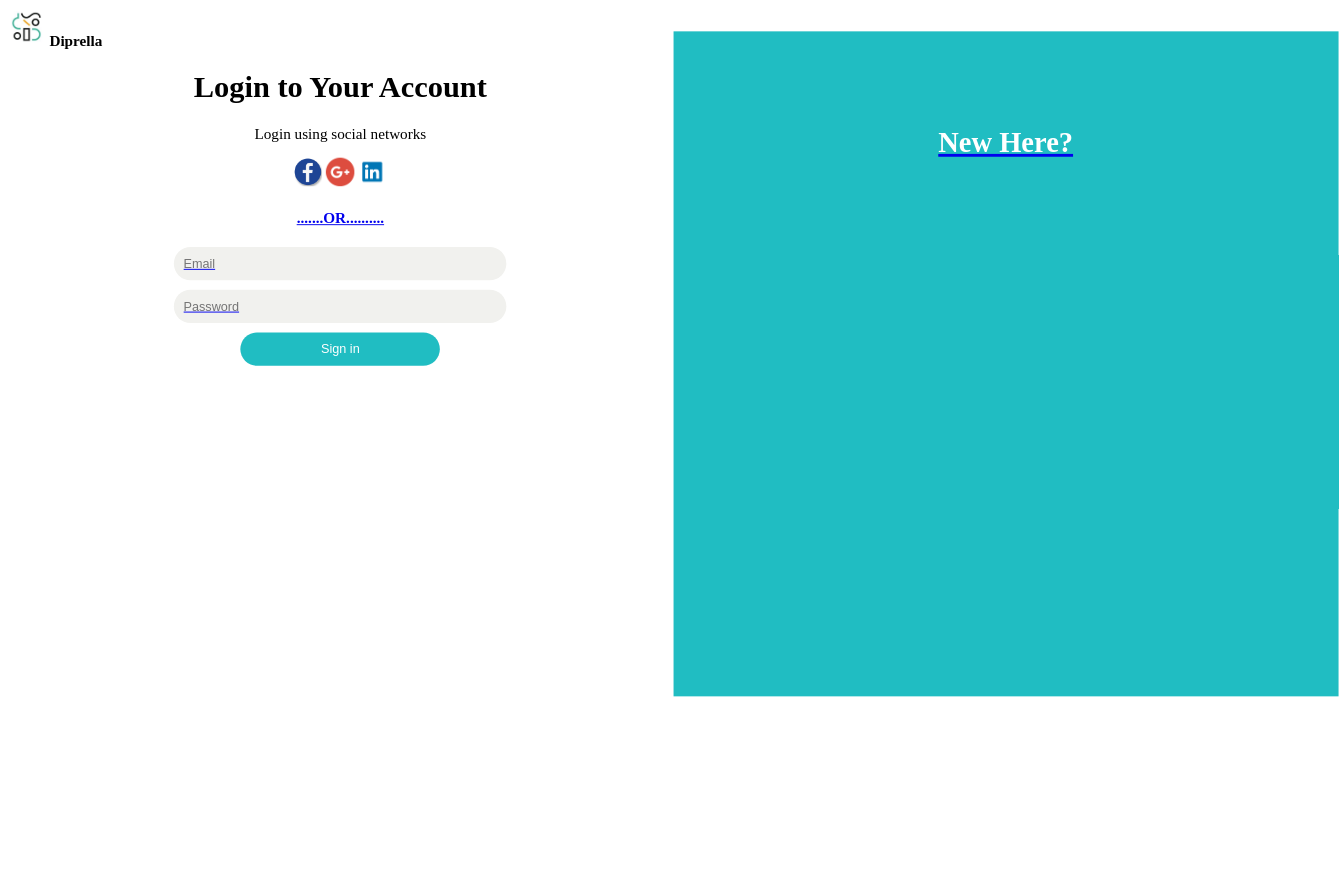
Repository: Tobby004/bdc-assignment-3
Page: task.html
An editor plug-in stored every save of this project. The page is shown before and after the next save, followed by the edit.
The browser window is 1280 px wide. The page is 1409 px wide, so the pictures cover 1409 px, including what lies to the right of the window. The pictures show the whole page, at 95% of full size.

Above is the page before, as saved 2023-02-22 01:54:45.

### task.html
<!DOCTYPE html>
<html lang="en_us">
<head>
    <meta charset="UTF-8">
    <meta http-equiv="X-UA-Compatible" content="IE=edge">
    <meta name="viewport" content="width=device-width, initial-scale=1.0">
    <title>Document</title>
    <link rel="stylesheet" href="task.css">
</head>
<body>
    <div class="box-container">
        <div class="box1">
        <header id="logo"><img src="diprella.JPG"height="40px">
        <b>Diprella</b></header>
        <h1>Login to Your Account</h1>
        <p>Login using social networks</p>
        <div class="logo">
        <a href="#"><img src="facebook.png"</a>
        <a href="#"><img src="googe plus.png"</a>
        <a href="#"><img src="linkedin.png"</a>
        </div>
        <h4>.......OR..........</h4>
        <div class="form-input">
        <input type="text" placeholder="Email">
       <center></center> <input type="Password" placeholder="Password">
        <center><button>Sign in</button></center>
        </div>
        </div>
        <div class="box2">
        <h2>New Here?</h2>
        </div>
    </div>
</body>
</html>

### task.css
* {
    box-sizing: border-box;
}
.box-container {
    display: flex;
    max-width: 1000px;
}
.box1 {
    background-color: white;
    height: 900px;
    width: 800px;
}
.box2{
    background-color: #20bdc2;
    width: 400%;
    height: 700px;
    max-width: 700px;
}
h1 {
    text-align: center;
}
p {
    text-align: center;
}
.logo img {
    height: 30px;
    text-align: center;
}
.logo a {
    text-decoration: none;
}
div .logo {
    text-decoration: none;
    text-align: center;
}
h4 {
    text-align: center;
}

input  {
  display: flex;
  background-color: rgb(241, 241, 238);
  max-width: 800px;
  width: 50%;
  padding: 10px;
  border: none;
  margin-bottom: 10px;
  border-radius: 20px;
  margin-left: auto;
  margin-right: auto;
}
 button {
    width: 30%;
    border-radius: 30px;
    border: none;
    padding: 10px;
    color: white;
    background-color: #20bdc2;
}
.box2 h2 {
    color: white;
    padding: 100px;
    text-align: center;
    font-size: large;
    font-size: 30px;
    margin-top: ;

}

After the next save:
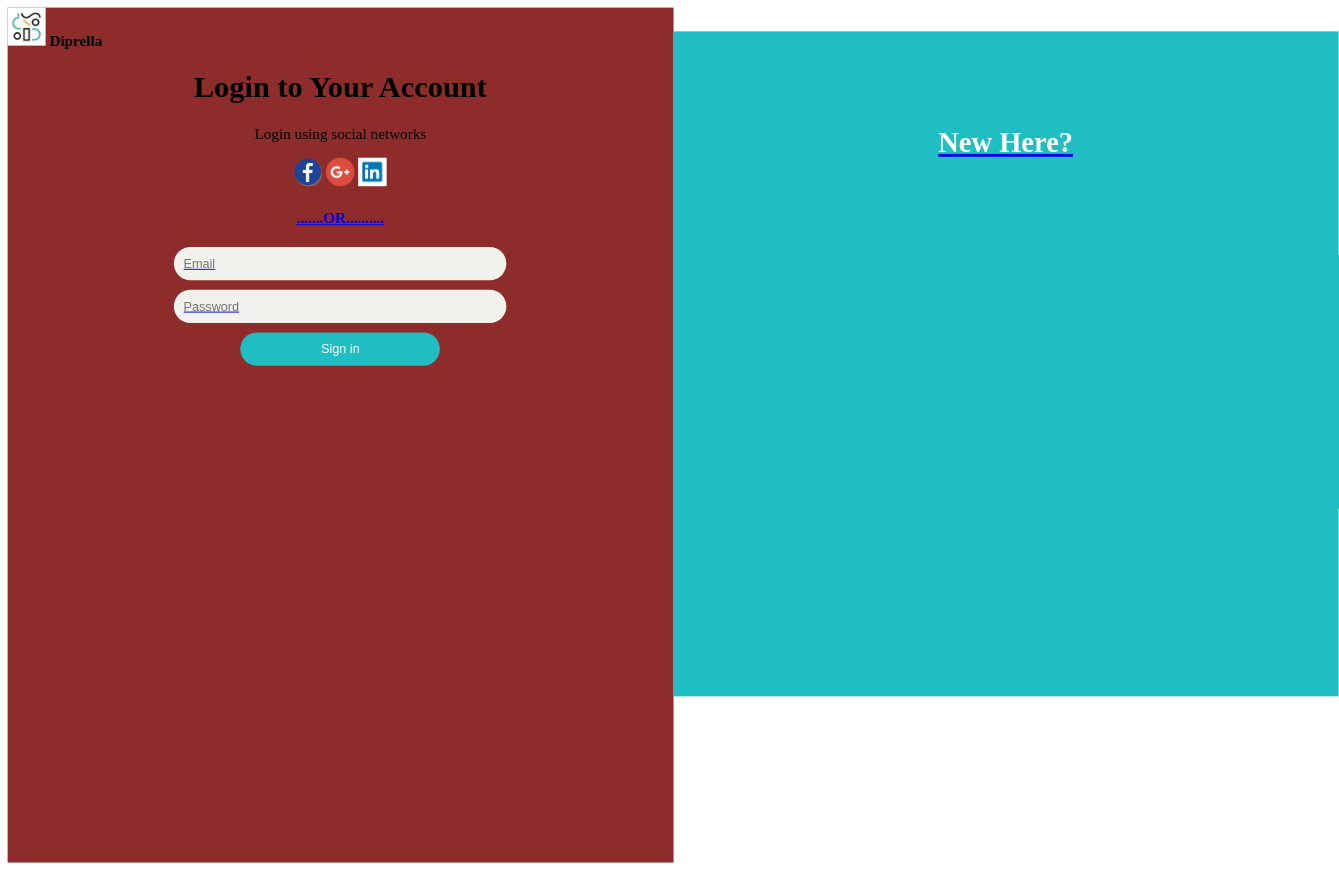
Saved 34 s later.
--- a/task.css
+++ b/task.css
@@ -6,7 +6,7 @@
     max-width: 1000px;
 }
 .box1 {
-    background-color: white;
+    background-color: rgb(142, 43, 43);
     height: 900px;
     width: 800px;
 }
